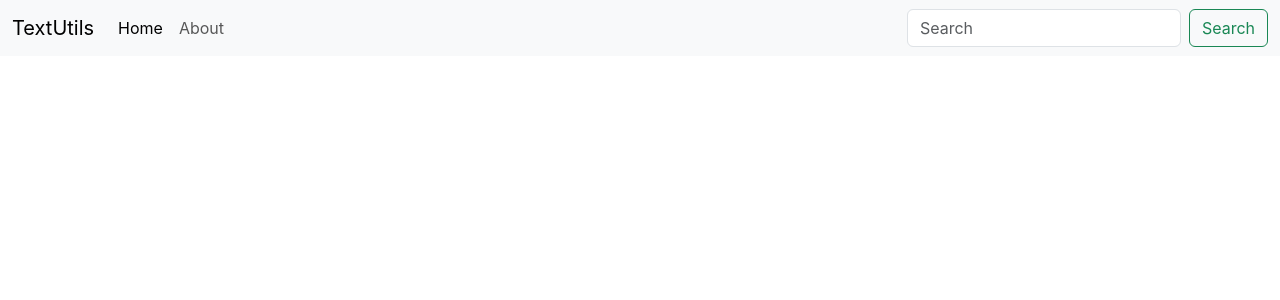
Repository: SujanNagaju/react-demo
Page: /
These files come from the project's save history. The page is drawn as it stood at one moment and after a run of saves; the edit follows.
The browser window is 1280 px wide. The pictures show the whole page.
The project was rebuilt for these pictures with package versions that can differ from the ones it lists, and the page was loaded fresh each time. Also part of the build but not shown: src/App.css.

Above is the page before, as saved 2024-12-28 23:08:56.

### public/index.html
<!DOCTYPE html>
<html lang="en">
  <head>
    <meta charset="utf-8" />
    <link rel="icon" href="%PUBLIC_URL%/favicon.ico" />
    <meta name="viewport" content="width=device-width, initial-scale=1" />
    <meta name="theme-color" content="#000000" />
    <meta
      name="description"
      content="Web site created using create-react-app"
    />
    <link rel="apple-touch-icon" href="%PUBLIC_URL%/logo192.png" />
    <!--
      manifest.json provides metadata used when your web app is installed on a
      user's mobile device or desktop. See https://developers.google.com/web/fundamentals/web-app-manifest/
    -->
    <link rel="manifest" href="%PUBLIC_URL%/manifest.json" />
    <!--
      Notice the use of %PUBLIC_URL% in the tags above.
      It will be replaced with the URL of the `public` folder during the build.
      Only files inside the `public` folder can be referenced from the HTML.

      Unlike "/favicon.ico" or "favicon.ico", "%PUBLIC_URL%/favicon.ico" will
      work correctly both with client-side routing and a non-root public URL.
      Learn how to configure a non-root public URL by running `npm run build`.
    -->
    <link href="https://cdn.jsdelivr.net/npm/bootstrap@5.3.3/dist/css/bootstrap.min.css" rel="stylesheet" integrity="sha384-QWTKZyjpPEjISv5WaRU9OFeRpok6YctnYmDr5pNlyT2bRjXh0JMhjY6hW+ALEwIH" crossorigin="anonymous">
    <title>React App</title>
  </head>
  <body>
    <noscript>You need to enable JavaScript to run this app.</noscript>
    <div id="root"></div>
    <!--
      This HTML file is a template.
      If you open it directly in the browser, you will see an empty page.

      You can add webfonts, meta tags, or analytics to this file.
      The build step will place the bundled scripts into the <body> tag.

      To begin the development, run `npm start` or `yarn start`.
      To create a production bundle, use `npm run build` or `yarn build`.
    -->
    <script src="https://cdn.jsdelivr.net/npm/bootstrap@5.3.3/dist/js/bootstrap.bundle.min.js" integrity="sha384-YvpcrYf0tY3lHB60NNkmXc5s9fDVZLESaAA55NDzOxhy9GkcIdslK1eN7N6jIeHz" crossorigin="anonymous"></script>

  </body>
</html>

### src/App.js
// logo from './logo.svg';
import './App.css';

function App() {
  return (
    <>
    <nav className="navbar navbar-expand-lg bg-body-tertiary">
  <div className="container-fluid">
    <a className="navbar-brand" href="/">TextUtils</a>
    <button className="navbar-toggler" type="button" data-bs-toggle="collapse" data-bs-target="#navbarSupportedContent" aria-controls="navbarSupportedContent" aria-expanded="false" aria-label="Toggle navigation">
      <span className="navbar-toggler-icon"></span>
    </button>
    <div className="collapse navbar-collapse" id="navbarSupportedContent">
      <ul className="navbar-nav me-auto mb-2 mb-lg-0">
        <li className="nav-item">
          <a className="nav-link active" aria-current="page" href="/">Home</a>
        </li>
        <li className="nav-item">
          <a className="nav-link" href="/">About</a>
        </li>

      </ul>
      <form className="d-flex" role="search">
        <input className="form-control me-2" type="search" placeholder="Search" aria-label="Search"/>
        <button className="btn btn-outline-success" type="submit">Search</button>
      </form>
    </div>
  </div>
</nav>
    </>
  );
}

export default App;

### src/components/Navbar.js
import React from 'react'

export default function Navbar() {
  return (
    <div>
      Hello navbar
    </div>
  )
}

Loaded but not shown: src/index.js (common file); src/index.css (common file); src/reportWebVitals.js (common file)

After the next 2 saves:
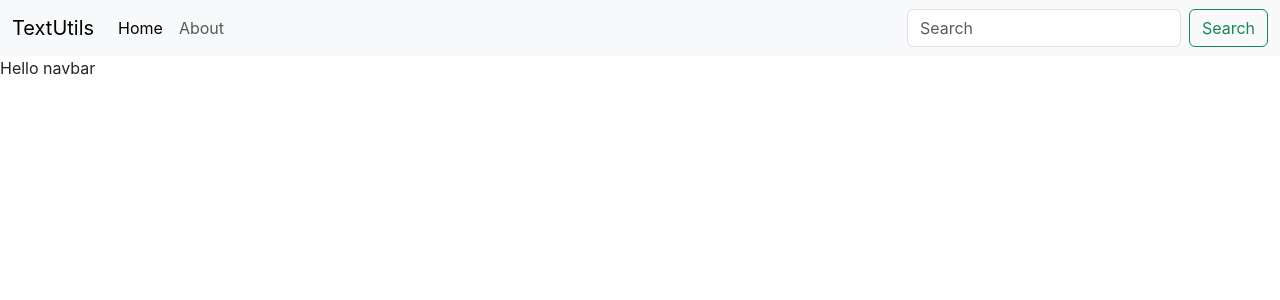
The 2 saves are shown as one change because 1 did not build or start.
The last was saved 66 s later.
--- a/src/App.js
+++ b/src/App.js
@@ -1,5 +1,6 @@
 // logo from './logo.svg';
 import './App.css';
+import Navbar from './components/Navbar';
 
 function App() {
   return (
@@ -27,6 +28,7 @@
     </div>
   </div>
 </nav>
+<Navbar/>
     </>
   );
 }
